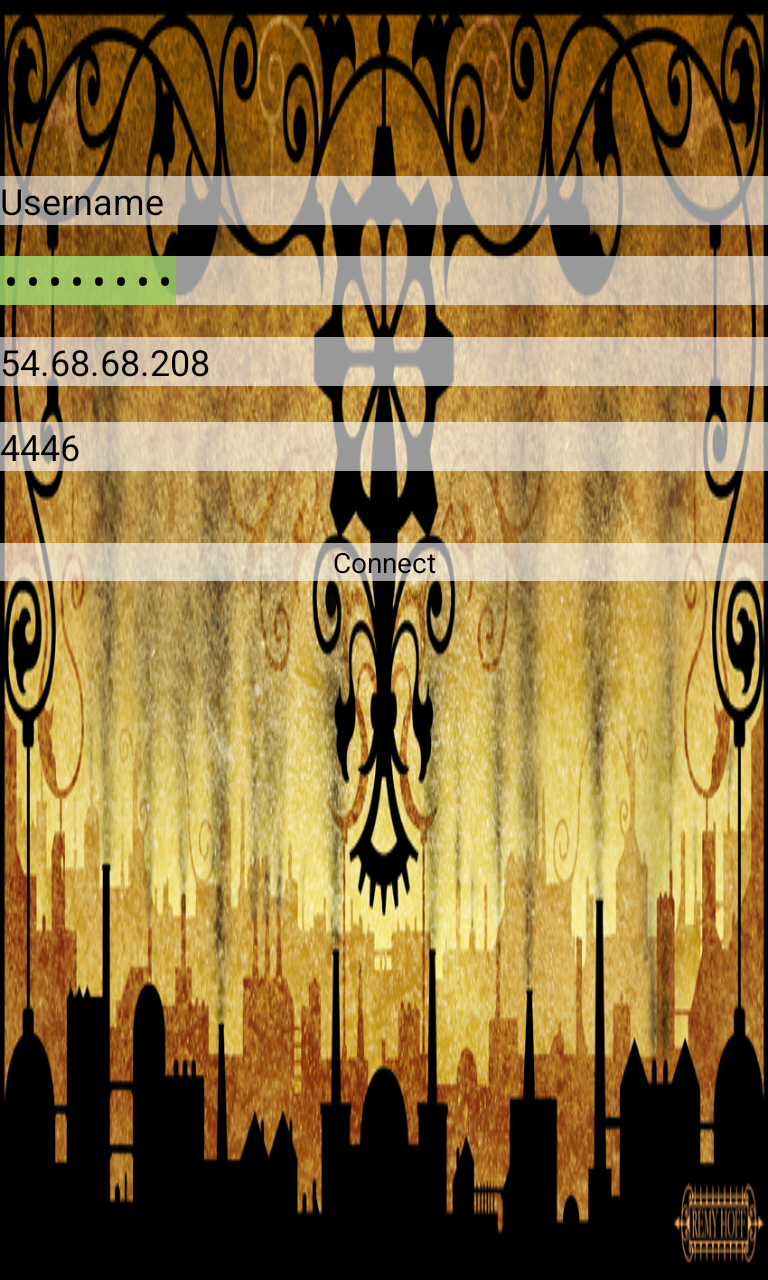
Repository: jkrepps/CSCE-482
Layout: Mobile Client (eclipse)/Industry of Deciet/res/layout/mains.xml
The author's editor kept a copy of each file at every save. The layout is drawn from the files as they stood at one save, then again after the next save.
It is drawn on a 768 x 1280 px phone screen (xhdpi) without system bars, with theme AppTheme; the app's code is not run.

Above is the layout before, as saved 2014-12-03 10:44:37.

After the next save:
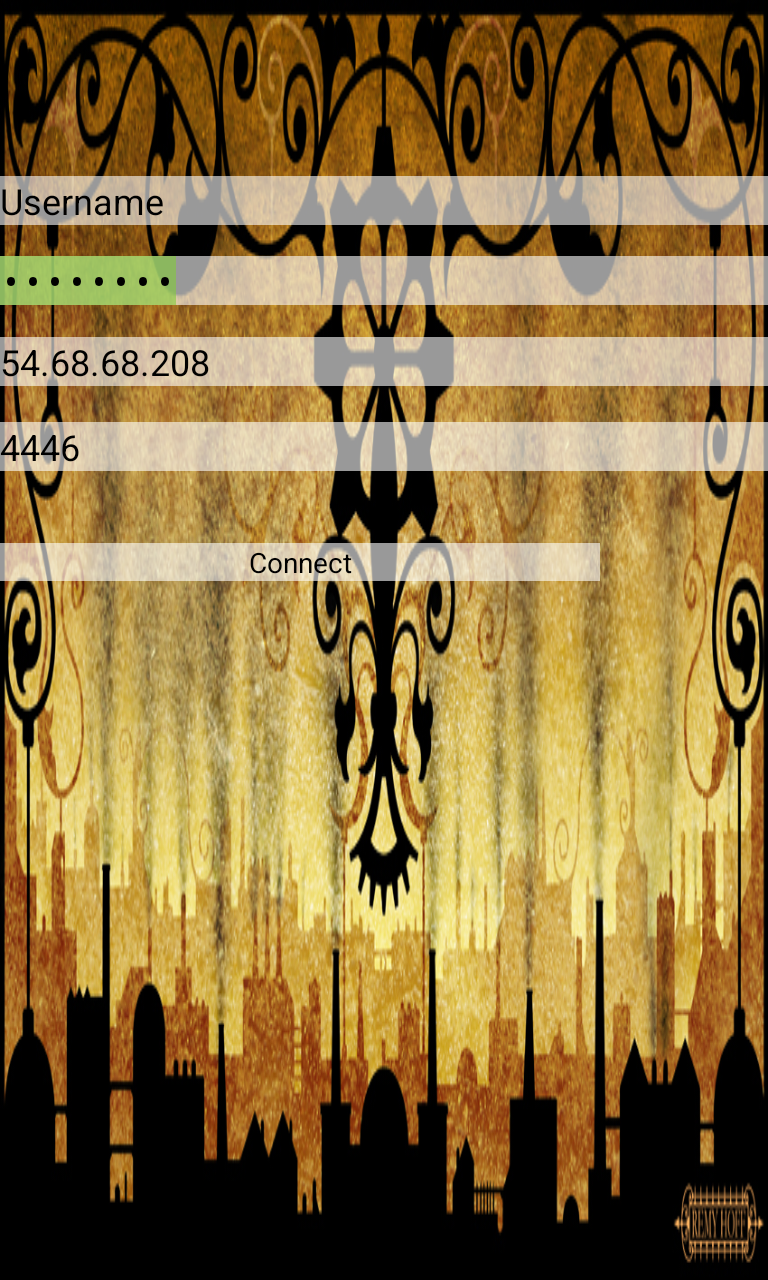
Saved 9 s later.
--- a/Mobile Client (eclipse)/Industry of Deciet/res/layout/mains.xml
+++ b/Mobile Client (eclipse)/Industry of Deciet/res/layout/mains.xml
@@ -67,7 +67,7 @@
 
         <Button
             android:id="@+id/button1"
-            android:layout_width="500dp"
+            android:layout_width="300dp"
             android:layout_height="wrap_content"
             android:layout_alignParentLeft="true"
             android:layout_below="@+id/editText4"
